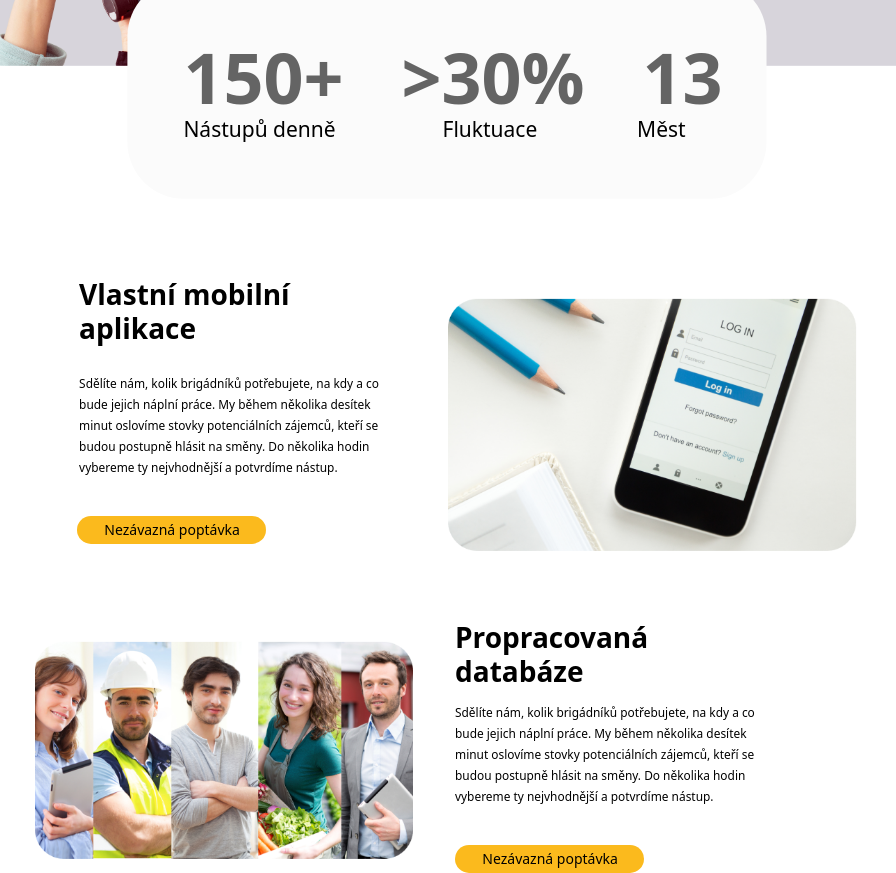
Repository: bilday08/aulinks
Page: index.html
The author's editor kept a copy of each file at every save. The page is drawn from the files as they stood at one save, then again after the next save.
The browser window is 1280 px wide. The pictures show the part of the page from y = 960 to 2880 px (the page is 2207 px tall before and 2880 px after), at 70% of full size.
Some web fonts or font styles are not loaded; a fallback is used.

Above is the page before, as saved 2022-12-07 15:50:33.

After the next save:
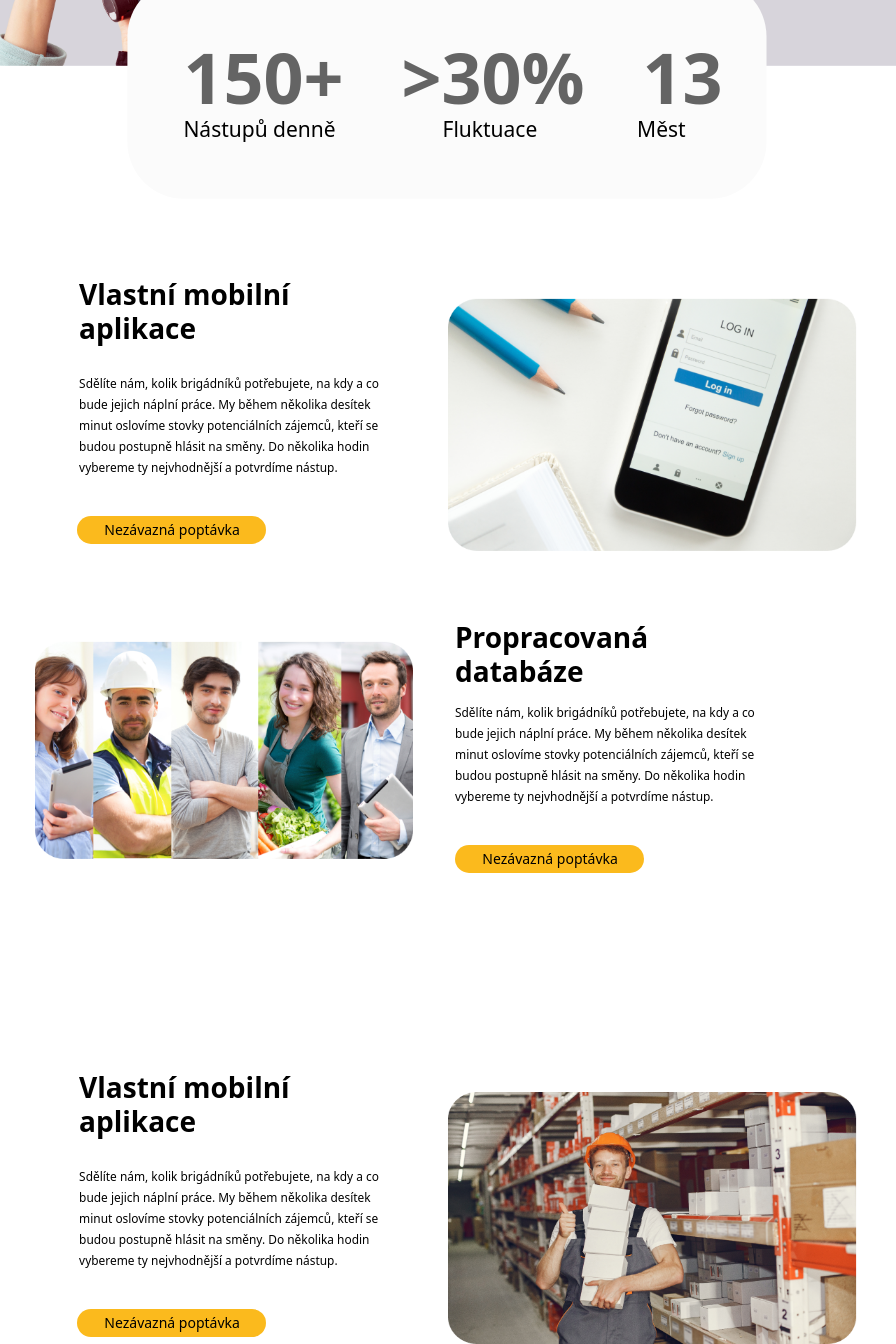
Saved 29 s later.
--- a/index.html
+++ b/index.html
@@ -118,6 +118,21 @@
                     <img src="./images/Main/imgmain2.png" alt="#" class="service_images_left"/>
                 </div>
             </div>
+            <div class="service_item">
+                <div class="service_content">
+                    <h2 class="main_text global_heading">Vlastní mobilní aplikace</h2>
+                    <div class="main_content global_text">
+                        Sdělíte nám, kolik brigádníků potřebujete, na kdy a co bude jejich náplní práce.
+                        My během několika desítek minut oslovíme stovky potenciálních zájemců,
+                        kteří se budou postupně hlásit na směny. Do několika hodin vybereme ty nejvhodnější
+                        a potvrdíme nástup.
+                    </div>
+                    <a href="#" class="main_button global_button">Nezávazná poptávka</a>
+                </div>
+                <div class="service_images">
+                    <img src="./images/Main/imgmain3.png" alt="#" class="service_images_right"/>
+                </div>
+            </div>
         </section>
     </main>
 </body>
